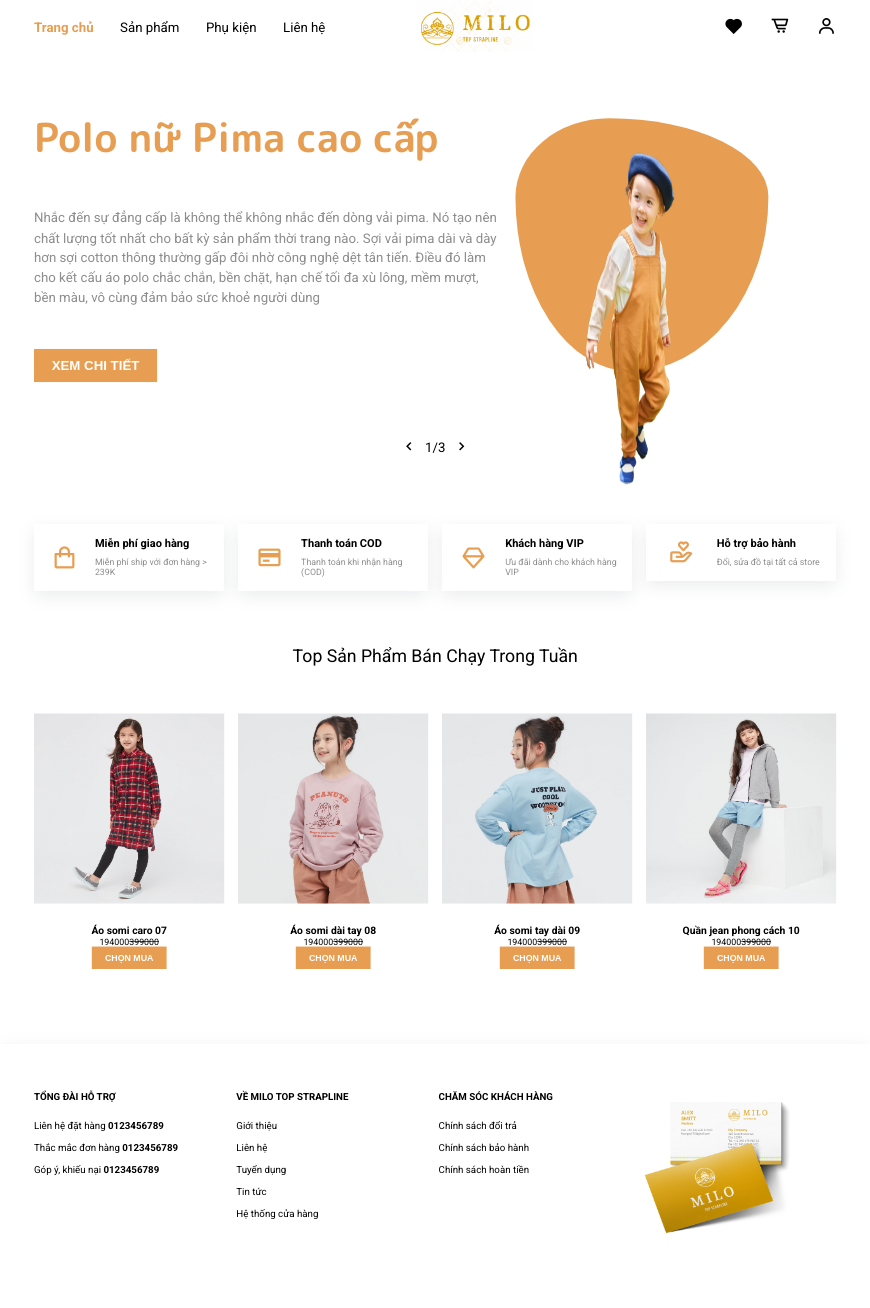
Repository: QuyHoang99k/shop
Page: /
An editor plug-in stored every save of this project. The page is shown before and after a run of saves, followed by the edit.
The browser window is 1280 px wide. The pictures show the whole page, at 68% of full size.
The project was rebuilt for these pictures with package versions that can differ from the ones it lists, and the page was loaded fresh each time. Also part of the build but not shown: src/pages/Catalog.jsx, src/pages/Cart.jsx, src/pages/Product.jsx.

Above is the page before, as saved 2021-10-19 11:03:23.

### src/sass/index.scss
@import "./_variables.scss";
@import "./mixins";
@import "./_base.scss";

@import "./components/header";
@import "./components/footer";
@import "./components/hero-slider";
@import "./components/button";
@import "./components/section";
@import "./components/policy-card";
@import "./components/product-card";

### src/components/Layout.jsx
import React from 'react'

import { BrowserRouter, Route } from 'react-router-dom'

import Header from './Header'
import Footer from './Footer'

import Routes from '../routes/Routes'

const Layout = () => {
    return (
        <BrowserRouter>
            <Route render={props => (
                <div>
                    <Header {...props}/>
                    <div className="container">
                        <div className="main">
                            <Routes/>
                        </div>
                    </div>
                    <Footer/>
                </div>
            )}/>
        </BrowserRouter>
    )
}

export default Layout

### src/sass/_variables.scss
$main-bg: #fff;
$main-color: #E79E52;

$txt-main-color: #000;
$txt-second-color:#8d8d8d;
$txt-white:#fff;

$btn-main-bg: $main-color;
$btn-main-color:#fff;

$header-height:80px;
$header-tablet-height:70px;
$header-mobile-height:40px;
$header-shrink-height:70px;

$box-shadow: rgba(149,157,165,0.2) 0px 8px 24px;

$colors:(
  "blue":#E79E52,
  "orange":#E0D3E9,
  "pink":#C19D71,
  "white":#fff,
  "black":#000,
  "main":$main-color

);
$mobile-width: 600px;
$tablet-width:1024px;

$numbers: (0,1,2,3,4,5,6,7,8);

### src/sass/_mixins.scss
@mixin flex ($align-item, $justify-content) {
    display: flex;
    align-items: $align-item;
    justify-content: $justify-content;
}
@mixin mobile {
    @media only screen and (max-width: $mobile-width){
        @content;
    }
}
@mixin tablet {
    @media only screen and (max-width: $tablet-width){
        @content;
    }
}

### src/sass/_base.scss
@import url("https://fonts.googleapis.com/css2?family=M+PLUS+Rounded+1c:wght@100;300;400;500;700;800;900&family=Roboto:ital,wght@0,100;0,300;0,400;0,500;0,700;0,900;1,100;1,300;1,400;1,500;1,700;1,900&display=swap");

@import url("https://fonts.googleapis.com/css2?family=M+PLUS+Rounded+1c:wght@100;300;400;500;700;800;900&family=Roboto:ital,wght@0,100;0,300;0,400;0,500;0,700;0,900;1,100;1,300;1,400;1,500;1,700;1,900&display=swap");

* {
    padding: 0;
    margin: 0;
    box-sizing: border-box;
    -webkit-tap-highlight-color: transparent;
    user-select: none;
}

html {
    font-size: 13px;
}

body {
    font-family: "Roboto", sans-serif;
}

ul {
    list-style-type: none;
}

a {
    text-decoration: none;
    color: unset;
}

a:hover {
    color: $main-color;
}

img {
    max-width: 100%;
}

@each $color, $val in $colors {
    .color-#{$color} {
        color: $val;
    }

    .bg-#{$color} {
        background-color: $val;
    }
}

@each $val in $numbers {
    .grid-col-#{$val} {
        grid-template-columns: repeat($val, 1fr);
    }
}

@each $val in $numbers {
    .grid-col-md-#{$val} {
        @include tablet {
            grid-template-columns: repeat($val, 1fr);
        }
    }
}

@each $val in $numbers {
    .grid-col-sm-#{$val} {
        @include mobile {
            grid-template-columns: repeat($val, 1fr);
        }
    }
}

.container {
    width: 100%;
    max-width: 1620px;
    padding: 0 50px;
    margin: auto;

    @include tablet {
        padding: 0 20px;
    }

    @include mobile {
        padding: 0 10px;
    }
}

.main {
    margin-top: $header-height;
    margin-bottom: 2rem;
    min-height: 100vh;

    @include tablet {
        margin-top: calc(#{$header-tablet-height} + 20px);
    }

    @include mobile {
        margin-top: calc(#{$header-mobile-height} + 10px);
    }
}

.grid {
    display: grid;
}

### src/sass/components/_header.scss
.header {
    background-color: $main-bg;
    position: fixed;
    top: 0;
    left: 0;
    width: 100%;
    z-index: 100;
    height: $header-height;
    transition: height 0.3s ease;

    @include tablet {
        height: $header-tablet-height;
        box-shadow: $box-shadow;
    }

    @include mobile {
        height: $header-mobile-height;
    }

    .container {
        height: 100%;
    }

    &.shrink {
        height: $header-shrink-height;
        box-shadow: $box-shadow;
        z-index: 100;

        @include mobile {
            height: $header-mobile-height;
        }
    }

    &__logo {
        @include flex(center, center);
        position: absolute;
        inset: 0;
        pointer-events: none;

        img {
            height: 75px;
            margin-left: 120px;
            @include tablet {
                height: 50px;
            }
            @include mobile {
                height: 38px;
                margin-left: 0px;
            }
        }
    }

    &__menu {
        @include flex(center, space-between);
        height: 100%;
        font-size: 1.5rem;

        &__item ~ &__item {
            margin-left: 39px;

            @include tablet {
                margin-left: 20px;
            }

            @include mobile {
                margin-left: 10px;
            }
        }

        &__item.active {
            font-weight: 600;
            color: $main-color;
        }

        &__item:hover {
            color: $main-color;
        }

        &__left,
        &__right {
            @include flex(center, center);
            height: 100%;
        }

        &__right {
            font-size: 2.25rem;

            &__item {
                @include flex(center, center);

                @include tablet {
                    margin-left: 10px;
                }
            }

            @include mobile {
                font-size: 1.5rem;
            }
        }

        &__left {
            &__close {
                display: none;
            }

            @include tablet {
                flex-direction: column;
                background-color: $main-bg;
                position: absolute;
                left: 0;
                top: 0;
                width: 100%;
                height: 100vh;
                justify-content: flex-start;
                padding-top: 30px;
                transform: translateX(-100%);
                transition: transform 0.5s ease;

                &.active {
                    transform: translateX(0);
                }

                &__item ~ &__item {
                    margin-left: unset;
                    margin-top: 20px;
                }

                &__close {
                    display: block;
                    position: absolute;
                    left: 20px;
                    font-size: 2.5rem;
                }
            }
        }

        &__mobile-toggle {
            display: none;

            @include tablet {
                display: block;
                font-size: 2.5rem;
            }
        }
    }
}

### src/sass/components/_footer.scss
.footer{
    padding: 70px 0;
    box-shadow: $box-shadow;
    font-size: 1.1rem;
    &__logo{
        height: 220px;
        width: 220px;
    }

    &__about{
        p{
            margin-bottom: 2rem;
        }
    }
    &__title{
        text-transform: uppercase;
        margin-bottom: 2rem;
        font-weight: 600;
    }
    &__content {
        p {
            margin-bottom: 1.25rem;
        }
    }
}

### src/sass/components/_button.scss
.btn {
    border: 0;
    outline: 0;
    color: $btn-main-color;
    font-size: 1.5rem;
    font-weight: 600;
    text-transform: uppercase;
    cursor: pointer;
    overflow: hidden;
    position: relative;

    @include mobile {
        font-size: 1rem;
    }

    &__txt,
    &__icon {
        display: block;
        transition: transform 0.5s ease;
    }

    &__txt {
        padding: 1rem 2rem;
    }

    &__icon {
        @include flex(center, center);
        font-size: 2rem;
        position: absolute;
        left: 0;
        top: 0;
        height: 100%;
        width: 100%;
        transform: translateX(-100%);
    }

    &-animate:hover &__txt {
        transform: translateX(100%);
    }

    &-animate:hover &__icon {
        transform: translateX(0);
    }

    &-sm {
        font-size: 1rem;
    }

    &-sm &__txt {
        padding: 0.7rem 1.5rem;
    }
}

### src/sass/components/_policy-card.scss
.policy-card{
    @include flex(center,flex-start);
    padding: 20px;
    padding-left: 0;
    box-shadow: $box-shadow;
    transition:  transform 0.5s ease;

    &:hover{
        transform: translateY(-20px);
    }
    &__icon{
        @include flex(center,center);
        width: 40%;
        color: $main-color;
        i{
            font-size: 3rem;
        }
    }
    &__info{
        &__name{
            font-size: 1.25rem;
            font-weight: 600;
            margin-bottom: 10px;
        }
        &__description{
            font-size: 1rem;
            color: $txt-second-color;
        }

    }
}

### src/sass/components/_product-card.scss
.product-card {
    text-align: center;
    margin-bottom: 30px;

    &__image {
        padding-top: 100%;
        position: relative;
        overflow: hidden;
        margin-bottom: 30px;

        img {
            position: absolute;
            top: 0;
            left: 50%;
            transform: translateX(-50%);
            height: 100%;

            &:nth-child(1) {
                transform: translateX(-50%) scale(1);
                transition: transform 0.5s ease;
            }
            &:nth-child(2) {
                transform: translateX(-50%) scale(0);
            }
        }
        &:hover img {
            &:nth-child(1) {
                transform: translateX(-50%) scale(0);
            }
            &:nth-child(2) {
                transform: translateX(-50%) scale(1);
                transition: transform 0.5s ease;
            }
        }
    }
}

### src/routes/Routes.jsx
/* eslint-disable no-unused-vars */
import React from 'react'
import { Route,Switch } from 'react-router'

import Home from '../pages/Home'
import Catalog from '../pages/Catalog'
import Cart from '../pages/Cart'
import Product from '../pages/Product'



const Routes = () => {
  return (
    <Switch>
      <Route path='/' exact component ={Home}/>
      <Route path='/catalog/:slug' exact component ={Product}/>
      <Route path='/catalog' exact component ={Catalog}/>
      <Route path='/cart' exact component ={Cart}/>
    </Switch>
  )
}

export default Routes

### src/components/Grid.jsx
import React from 'react'
import PropTypes from 'prop-types'

const Grid = props => {

    const style = {
        gap: props.gap ? `${props.gap}px` : '0'
    }

    const col = props.col ? `grid-col-${props.col}` : ''
    const mdCol = props.mdCol ? `grid-col-md-${props.mdCol}` : ''
    const smCol = props.smCol ? `grid-col-sm-${props.smCol}` : ''

    return (
        <div className={`grid ${col} ${mdCol} ${smCol}`} style={style}>
            {props.children}
        </div>
    )
}


Grid.propTypes = {
    col: PropTypes.number.isRequired,
    mdCol: PropTypes.number,
    smCol: PropTypes.number,
    gap: PropTypes.number
}

export default Grid

### src/pages/Home.jsx
import React from 'react'
import { Link } from 'react-router-dom'

import Helmet from '../components/Helmet'
import HeroSlider from '../components/HeroSlider'
import heroSliderData from '../assets/fake-data/hero-slider'
import Section, { SectionBody, SectionTitle } from '../components/Section'
import PolicyCard from '../components/PolicyCard'
import Gird from '../components/Grid'
import ProductCard from '../components/ProductCard'

import policy from '../assets/fake-data/policy'
import productData from '../assets/fake-data/products'

const Home = () => {
  return (
    <Helmet title="Trang chủ">
      {/* slider */}
      <HeroSlider data={heroSliderData}
        control={true}
        // auto={true}
        timeOut={5000}
      />

      {/* end slider */}
      {/* policy section */}
      <Section>
        <SectionBody>
          <Gird
            col={4}
            mdCol={2}
            smCol={1}
            gap={20}
          >
            {
              policy.map((item, index) => <Link to="/policy">
                <PolicyCard
                  key={index}
                  name={item.name}
                  description={item.description}
                  icon={item.icon}
                />
              </Link>)
            }
          </Gird>
        </SectionBody>
      </Section>
      {/* end policy section */}
      {/* best selling section */}
      <Section>
        <SectionTitle>
          Top sản phẩm bán chạy trong tuần
        </SectionTitle>
        <SectionBody>
          <Gird
            col={4}
            mdCol={2}
            smCol={1}
            gap={20}
          >
            {
              productData.getProducts(4).map((item,index)=>(
                <ProductCard
                  key={index}
                  img01={item.image01}
                  img02={item.image02}
                  name={item.title}
                  price={item.price}
                  slug={item.slug}
                />
              ))
            }
          </Gird>
        </SectionBody>
      </Section>
      {/* end best selling section */}
    </Helmet>
  )
}

export default Home

### src/components/Helmet.jsx
import React from 'react'
import PropTypes from 'prop-types'

const Helmet = props => {

    document.title = 'Milo - ' + props.title
    return (
        <div>
            {props.children}
        </div>
    )
}

Helmet.propTypes = {
    title:PropTypes.string.isRequired
}

export default Helmet

### src/components/HeroSlider.jsx
import React, { useEffect, useState, useCallback } from 'react'
import PropTypes from 'prop-types'
import { Link } from 'react-router-dom'

import Button from './Button'

const HeroSlider = props => {

    const data = props.data

    const timeOut = props.timeOut ? props.timeOut : 3000

    const [activeSlide, setActiveSlide] = useState(0);

    const nextSlide = useCallback(
        () => {
            const index = activeSlide + 1 === data.length ? 0 : activeSlide + 1
            setActiveSlide(index)
        },
        [activeSlide, data],
    )

    const prevSlide = () => {
        const index = activeSlide - 1 < 0 ? data.length - 1 : activeSlide - 1
        setActiveSlide(index)
    }

    useEffect(() => {
        if (props.auto) {
            const slideAuto = setInterval(() => {
                nextSlide()
            }, timeOut);
            return () => {
                clearInterval(slideAuto)
            }
        }
    }, [nextSlide, timeOut, props])

    return (
        <div className="hero-slider">
            {
                data.map((item, index) => (
                    <HeroSliderItem key={index} item={item} active={index === activeSlide}/>
                ))
            }
            {
                props.control ? (
                    <div className="hero-slider__control">
                        <div className="hero-slider__control__item" onClick={prevSlide}>
                            <i className="bx bx-chevron-left"></i>
                        </div>
                        <div className="hero-slider__control__item">
                            <div className="index">
                                {activeSlide + 1}/{data.length}
                            </div>
                        </div>
                        <div className="hero-slider__control__item" onClick={nextSlide}>
                            <i className="bx bx-chevron-right"></i>
                        </div>
                    </div>
                ) : null
            }
        </div>
    )
}

HeroSlider.propTypes = {
    data: PropTypes.array.isRequired,
    control: PropTypes.bool,
    auto: PropTypes.bool,
    timeOut: PropTypes.number
}

const HeroSliderItem = props => (
    <div className={`hero-slider__item ${props.active ? 'active' : ''}`}>
        <div className="hero-slider__item__info">
            <div className={`hero-slider__item__info__title color-${props.item.color}`}>
                <span>{props.item.title}</span>
            </div>
            <div className="hero-slider__item__info__description">
                <span>{props.item.description}</span>
            </div>
            <div className="hero-slider__item__info__btn">
                <Link to={props.item.path}>
                    <Button
                        backgroundColor={props.item.color}
                        icon="bx bx-cart"
                        animate={true}
                    >
                        xem chi tiết
                    </Button>
                </Link>
            </div>
        </div>
        <div className="hero-slider__item__image">
            <div className={`shape bg-${props.item.color}`}></div>
            <img src={props.item.img} alt="" />
        </div>
    </div>
)

export default HeroSlider

### src/components/PolicyCard.jsx
import React from 'react'
import PropTypes from 'prop-types'

const PolicyCard = props => {
    return (
        <div className="policy-card">
            <div className="policy-card__icon">
                <i className={props.icon}></i>
            </div>
            <div className="policy-card__info">
                <div className="policy-card__info__name">
                    {props.name}
                </div>
                <div className="policy-card__info__description">
                    {props.description}
                </div>
            </div>
        </div>
    )
}

PolicyCard.propTypes = {
    name: PropTypes.string.isRequired,
    description:PropTypes.string.isRequired,
    icon:PropTypes.string.isRequired
}

export default PolicyCard

### src/components/ProductCard.jsx
import React from 'react'
import PropTypes from 'prop-types'

import { Link } from 'react-router-dom'
import Button from './Button'

const ProductCard = props => {
    return (
        <div className="product-card">
            <Link>
                <div className="product-card__image">
                    <img src={props.img01} alt=""  />
                    <img src={props.img02} alt=""  />
                </div>
                <h3 className="product-card__name" >{props.name}</h3>
                <div className="product-card__price">
                    {props.price}
                    <span className="product-card__price__old">
                        <del>399000</del>
                    </span>
                </div>
            </Link>
            <div className="product-card__btn">
                <Button
                    size="sm"
                    icon="bx bx-cart"
                    animate={true}
                >
                    Chọn mua
                </Button>
            </div>
        </div>
    )
}

ProductCard.propTypes = {
    img01:PropTypes.string.isRequired,
    img02:PropTypes.string.isRequired,
    name:PropTypes.string.isRequired,
    price:PropTypes.number.isRequired,
    slug:PropTypes.string.isRequired,
}

export default ProductCard

### src/components/Button.jsx
import React from 'react'
import PropTypes from 'prop-types'

const Button = props => {

    const bg = props.backgroundColor ? 'bg-' + props.backgroundColor : 'bg-main'

    const size = props.size ? 'btn-' + props.size : ''

    const animate = props.animate ? 'btn-animate' : ''

    return (
        <button
            className={`btn ${bg} ${size} ${animate}`}
            onClick={props.onClick ? () => props.onClick() : null}
        >
            <span className="btn__txt">{props.children}</span>
            {
                props.icon ? (
                    <span className="btn__icon">
                        <i className={`${props.icon} bx-tada`}></i>
                    </span>
                ) : null
            }
        </button>
    )
}

Button.propTypes = {
    backgroundColor: PropTypes.string,
    size: PropTypes.string,
    icon: PropTypes.string,
    animate: PropTypes.bool,
    onclick: PropTypes.func
}

export default Button

Loaded but not shown: public/index.html (common file); src/reportWebVitals.js (common file); src/assets/boxicons-2.0.7/css/boxicons.min.css (library); src/sass/components/_section.scss (common file); src/components/Section.jsx (common file); src/assets/fake-data/policy.js (common file); src/assets/fake-data/products.js (236 lines, source omitted); src/assets/fake-data/hero-slider.js (29 lines, source omitted); src/index.js (22 lines, source omitted); src/sass/components/_hero-slider.scss (210 lines, source omitted); src/components/Footer.jsx (118 lines, source omitted); src/components/Header.jsx (98 lines, source omitted)

After the next 2 saves:
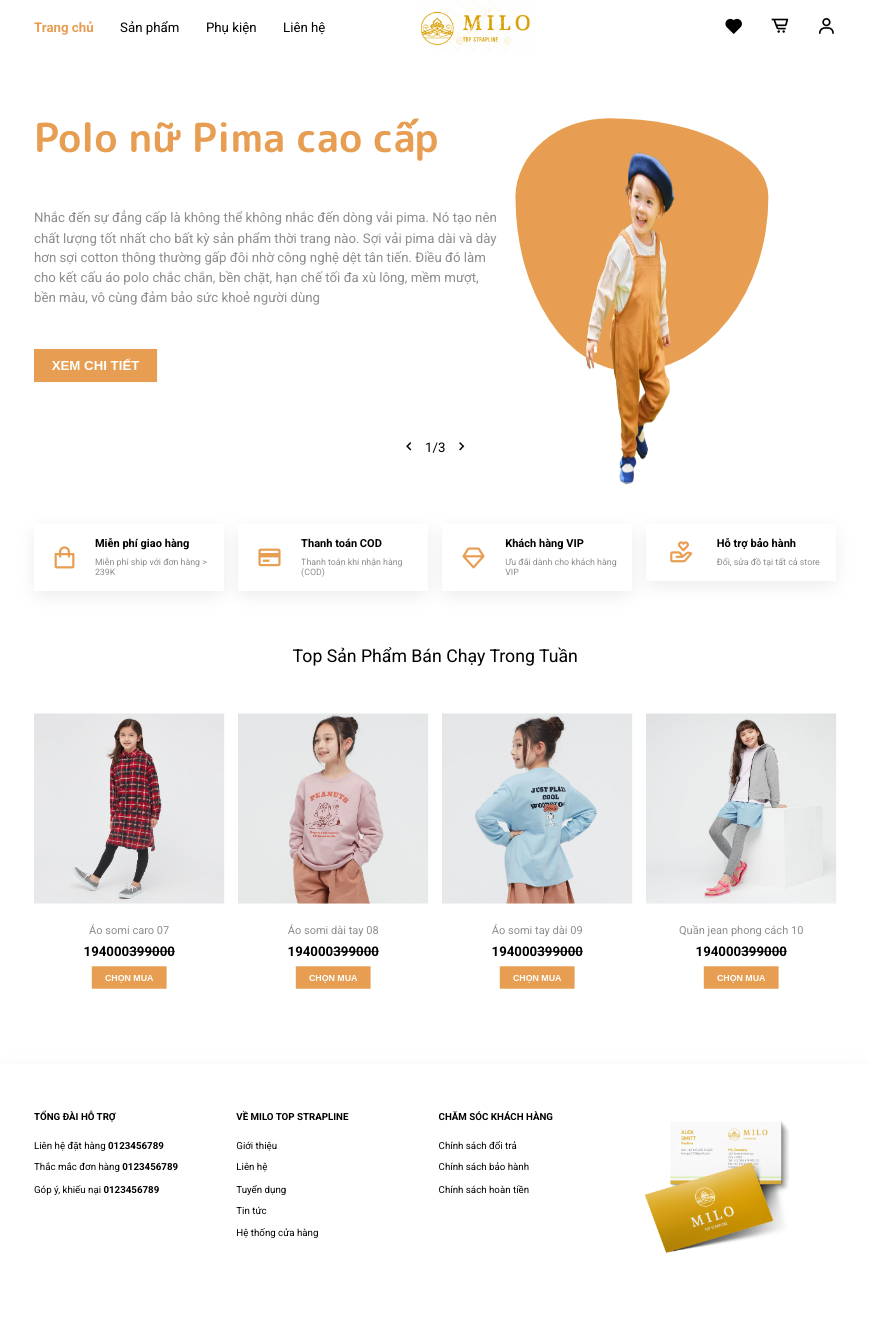
The 2 saves are shown as one change because 1 did not build or start.
The last was saved 3 min 8 s later.
--- a/src/sass/components/_product-card.scss
+++ b/src/sass/components/_product-card.scss
@@ -33,4 +33,16 @@
             }
         }
     }
+    &__name{
+        margin-bottom: 10px;
+        color: $txt-second-color;
+        font-size: 1.25rem;
+        font-weight: normal;
+    }
+    &__price{
+        color: $txt-main-color;
+        font-size: 1.5rem;
+        font-weight: 600;
+        margin-bottom: 10px;
+    }
 }
